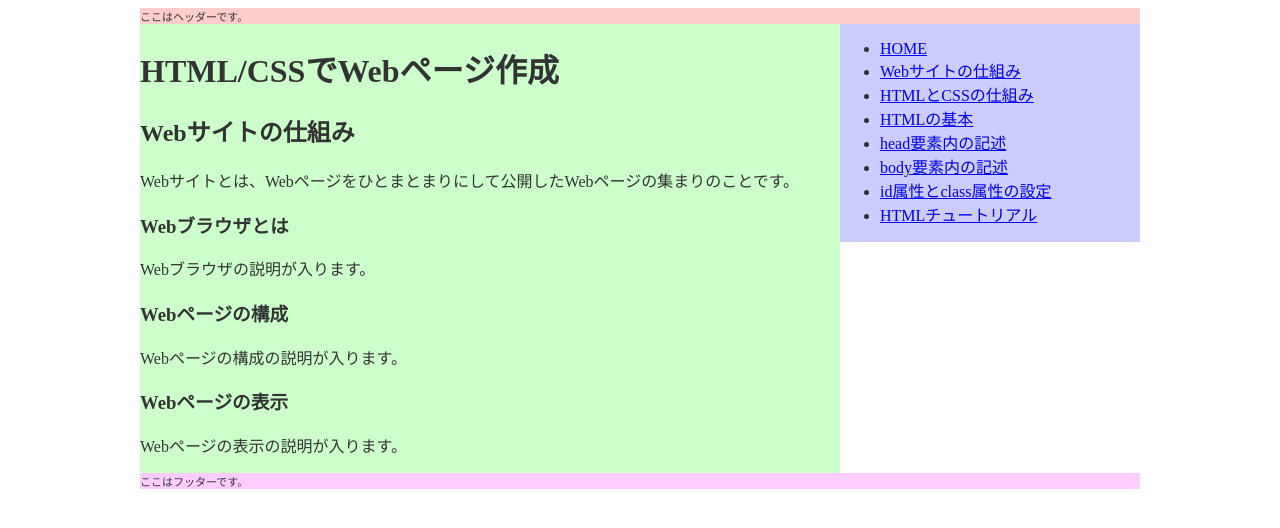
Repository: sugihiro1/test_laravel
Page: kadai_css/kadai_css.html
The author's editor kept a record of every edit. The page is drawn from the files as they stood at one moment, then again after the next edit.
The browser window is 1280 px wide. The pictures show the whole page.

Above is the page before.

After the next edit:
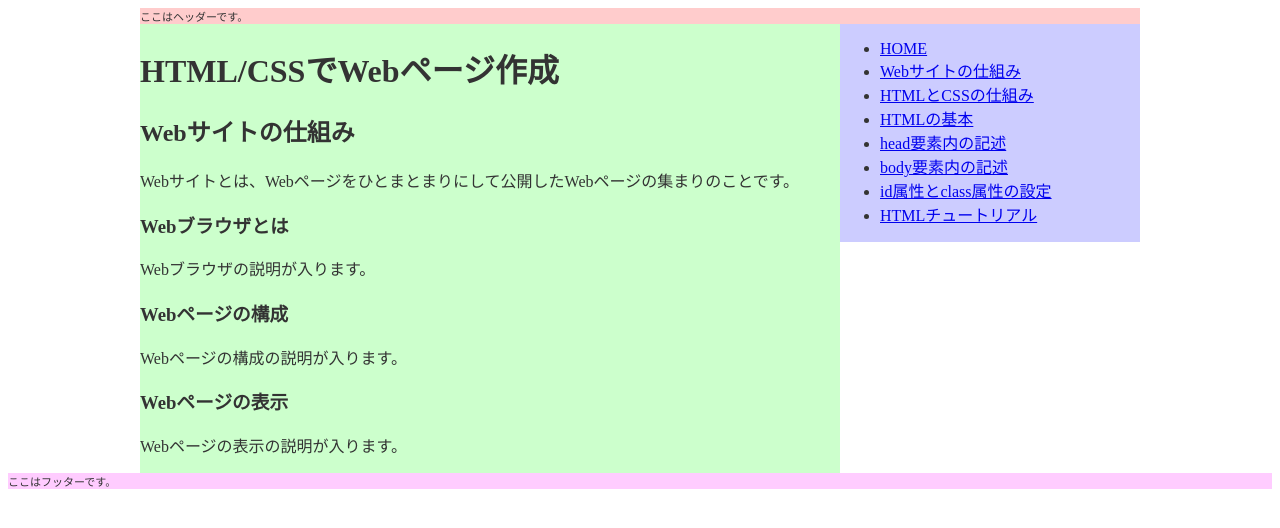
The edit:
--- a/kadai_css/kadai_css.css
+++ b/kadai_css/kadai_css.css
@@ -51,7 +51,7 @@
 #wrapper {
   overflow: hidden;
 }
-
+*/
 
 
 /* footer部分のcss設定 */

After the edit that followed:
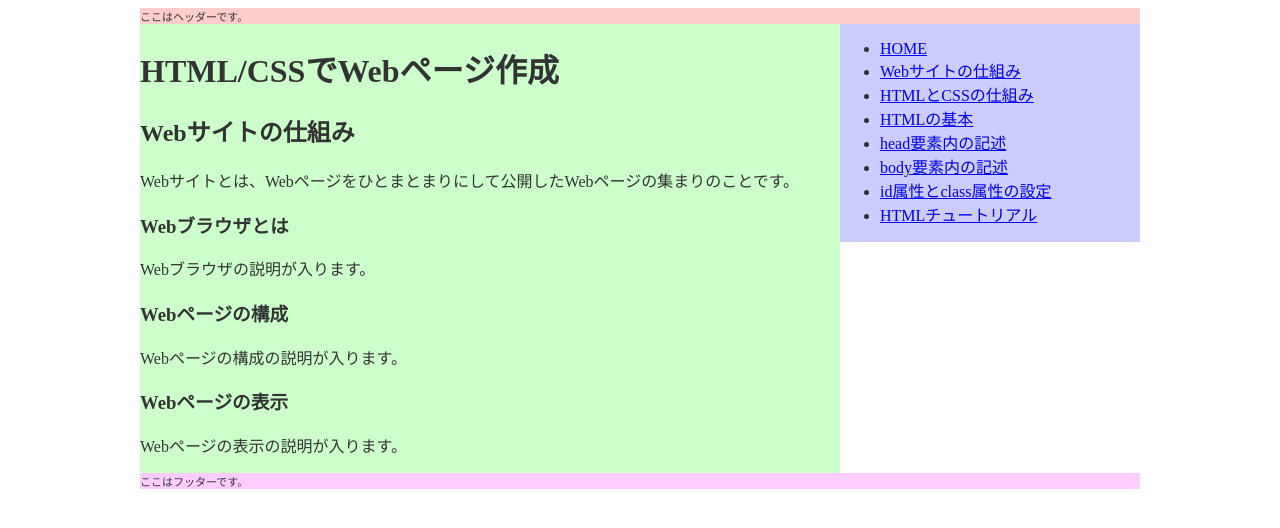
The edit:
--- a/kadai_css/kadai_css.css
+++ b/kadai_css/kadai_css.css
@@ -47,7 +47,7 @@
     clear: both;
 }
 
-/* clearfix 別方式 */
+/* clearfix 別方式
 #wrapper {
   overflow: hidden;
 }
